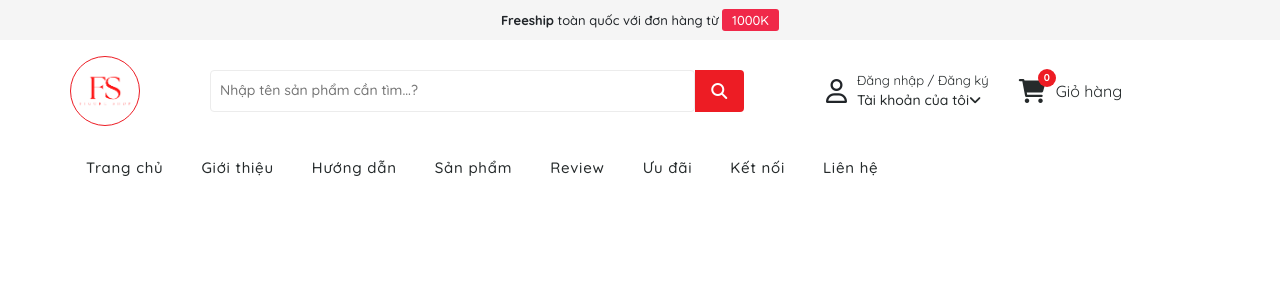
Repository: hayashi13597/ES6_ASM
Page: ASM1/index.html
The author's editor kept a copy of each file at every save. The page is drawn from the files as they stood at one save, then again after the next save.
The browser window is 1280 px wide. The pictures show the whole page.
The style sheet was rebuilt from its Sass, Less or Tailwind sources for each picture, by a compiler version that may differ from the author's.

Above is the page before, as saved 2023-01-11 16:25:06.

### ASM1/index.html
<!DOCTYPE html>
<html lang="en">
  <head>
    <meta charset="UTF-8" />
    <meta http-equiv="X-UA-Compatible" content="IE=edge" />
    <meta name="viewport" content="width=device-width, initial-scale=1.0" />
    <title>Figure Shop</title>
    <!-- Link Boostrap -->
    <link
      rel="stylesheet"
      href="https://cdn.jsdelivr.net/npm/bootstrap@5.3.0-alpha1/dist/css/bootstrap.min.css"
    />
    <script src="https://cdn.jsdelivr.net/npm/bootstrap@5.3.0-alpha1/dist/js/bootstrap.min.js"></script>
    <!-- Link css -->
    <link rel="stylesheet" href="css/index.css" />
    <!-- Link Icon -->
    <link
      rel="stylesheet"
      href="https://cdnjs.cloudflare.com/ajax/libs/font-awesome/6.2.1/css/all.min.css"
      integrity="sha512-MV7K8+y+gLIBoVD59lQIYicR65iaqukzvf/nwasF0nqhPay5w/9lJmVM2hMDcnK1OnMGCdVK+iQrJ7lzPJQd1w=="
      crossorigin="anonymous"
      referrerpolicy="no-referrer"
    />
    <!-- Link Font -->
    <link rel="preconnect" href="https://fonts.googleapis.com" />
    <link rel="preconnect" href="https://fonts.gstatic.com" crossorigin />
    <link
      href="https://fonts.googleapis.com/css2?family=Quicksand:wght@400;500;600;700&display=swap"
      rel="stylesheet"
    />
  </head>
  <body>
    <header class="header">
      <div class="header-topbar">
        <p class="text-center">
          <strong>Freeship</strong> toàn quốc với đơn hàng từ
          <span class="topbar-number">1000K</span>
        </p>
      </div>
      <div class="container">
        <div class="row header-middle">
          <div class="navbar d-lg-none d-block col-lg-0 col-2">
            <i class="fa-solid fa-magnifying-glass"></i>
          </div>
          <a href="index.html" class="col-lg-1 col-7 header-middle--logo"
            ><img src="img/jewelry.png" alt=""
          /></a>
          <div class="col-lg-7 col-12 header-middle--search">
            <input type="text" placeholder="Nhập tên sản phẩm cần tìm...?" />
            <button><i class="fa-solid fa-magnifying-glass"></i></button>
          </div>
          <div class="col-4 header-middle--right">
            <div class="user">
              <div class="user-icon">
                <i class="fa-regular fa-user"></i>
              </div>
              <div class="user-text d-lg-block d-none">
                <div class="user-text--up">
                  <a>Đăng nhập</a> /
                  <a>Đăng ký</a>
                </div>
                <div class="user-text--down">
                  <a>Tài khoản của tôi<i class="fa-solid fa-angle-down"></i></a>
                </div>
              </div>
            </div>
            <a class="header-cart" href="">
              <i class="fa-solid fa-cart-shopping"
                ><span class="header-cart--number">0</span></i
              >
              <p class="header-cart--p d-lg-block d-none">Giỏ hàng</p>
            </a>
          </div>
        </div>
      </div>
      <nav class="container header-nav">
        <ul>
          <li><a href="#">Trang chủ</a></li>
          <li><a href="#">Giới thiệu</a></li>
          <li><a href="#">Hướng dẫn</a></li>
          <li><a href="#">Sản phẩm</a></li>
          <li><a href="#">Review</a></li>
          <li><a href="#">Ưu đãi</a></li>
          <li><a href="#">Kết nối</a></li>
          <li><a href="#">Liên hệ</a></li>
        </ul>
      </nav>
    </header>
  </body>
</html>

### ASM1/sass/index.scss
:root {
  --bg-topbar: #f5f5f5;
  --shop-color-main: #ed1c24;
  --shop-color-text: #252a2b;
  --shop-color-title: #000000;
  --shop-color-hover: #ed1c24;
  --shop-color-button: #000000;
  --shop-color-border: #e7e7e7;
  --footer-color-title: #ffffff;
  --footer-color-text: #999999;
  --footer-color-bg: #1a1a1a;
}

* {
  padding: 0;
  margin: 0;
  box-sizing: border-box;
  font-family: "Quicksand", sans-serif;
}

// Header
.header {
  width: 100%;
  // header-topbar
  &-topbar {
    height: 40px;
    line-height: 40px;
    background-color: var(--bg-topbar);
    p {
      font-size: 13px;
      font-weight: 500;
      .topbar-number {
        font-weight: 500;
        padding: 3px 10px;
        border-radius: 3px;
        background-color: #f02849;
        color: #ffffff;
      }
    }
  }
  // Header-middle
  &-middle {
    width: 100%;
    padding-block: 16px;
    display: flex;
    align-items: center;
    justify-content: space-between;
    &--logo {
      width: 70px;
      padding: 5px;
      border-radius: 50%;
      border: 1px solid var(--shop-color-main);
      img {
        width: 100%;
        height: 100%;
        object-fit: cover;
      }
    }
    &--search {
      width: 50%;
      display: flex;
      input {
        padding: 9px 50px 10px 9px;
        width: 100%;
        background-color: #ffffff;
        border: 1px solid #ececec;
        border-radius: 4px;
        font-size: 14px;
        font-weight: 500;
        transition: all 0.15s linear;
        &:focus {
          background: #ffffff;
          outline: none;
          border-color: var(--shop-color-main);
        }
      }
      button {
        border: none;
        border-radius: 0 4px 4px 0;
        width: 55px;
        color: #ffffff;
        background-color: var(--shop-color-main);
      }
    }
    &--right {
      display: flex;
      gap: 30px;
      .user {
        display: flex;
        align-items: center;
        gap: 10px;
        cursor: pointer;
        &-icon {
          font-size: 1.5rem;
        }
        &-text {
          a {
            text-decoration: none;
            color: var(--shop-color-text);
          }
          &--up {
            font-size: 13px;
          }
          &--down {
            font-size: 14px;
            font-weight: 500;
          }
        }
      }
      .header-cart {
        display: flex;
        align-items: center;
        gap: 10px;
        text-decoration: none;
        color: var(--shop-color-text);
        i {
          font-size: 1.5rem;
          position: relative;
        }
        &--p {
          margin-bottom: 0;
        }
        &--number {
          width: 18px;
          height: 18px;
          display: flex;
          justify-content: center;
          align-items: center;
          position: absolute;
          top: -10px;
          right: -10px;
          font-size: 10px;
          color: #ffffff;
          background: var(--shop-color-main);
          border-radius: 50%;
        }
      }
    }
  }
  // Header-nav
  &-nav {
    ul {
      list-style: none;
      display: flex;
      align-items: center;
      padding-left: 0;
      gap: 30px;
      li {
        a {
          text-decoration: none;
          color: var(--shop-color-text);
          font-size: 15px;
          padding: 15px 4px;
          letter-spacing: 0.75px;
          font-weight: 500;
          position: relative;
          display: flex;
          justify-content: center;
          &:before {
            content: "";
            position: absolute;
            bottom: 0;
            transform: scaleX(0);
            transform-origin: right;
            width: 100%;
            height: 2px;
            background: var(--shop-color-text);
            transition: transform 0.5s ease;
          }
          &:hover {
            &::before {
              transform: scaleX(1);
              transform-origin: left;
            }
          }
        }
      }
    }
  }
}

After the next save:
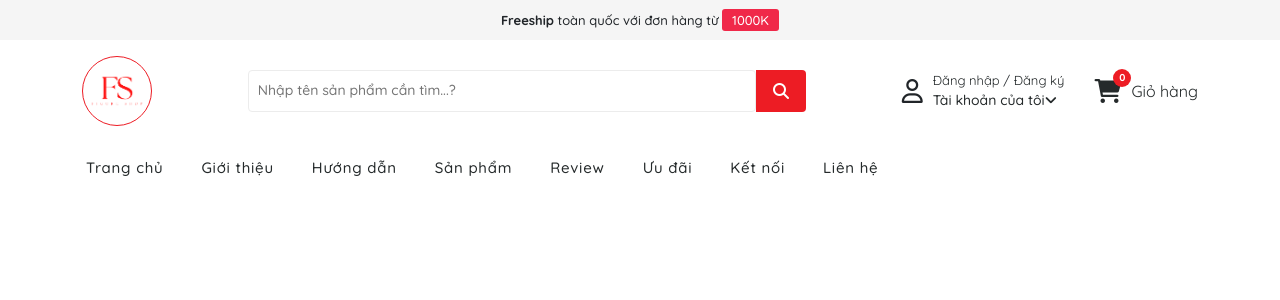
Saved 1 s later.
--- a/ASM1/index.html
+++ b/ASM1/index.html
@@ -37,40 +37,35 @@
           <span class="topbar-number">1000K</span>
         </p>
       </div>
-      <div class="container">
-        <div class="row header-middle">
-          <div class="navbar d-lg-none d-block col-lg-0 col-2">
-            <i class="fa-solid fa-magnifying-glass"></i>
-          </div>
-          <a href="index.html" class="col-lg-1 col-7 header-middle--logo"
-            ><img src="img/jewelry.png" alt=""
-          /></a>
-          <div class="col-lg-7 col-12 header-middle--search">
-            <input type="text" placeholder="Nhập tên sản phẩm cần tìm...?" />
-            <button><i class="fa-solid fa-magnifying-glass"></i></button>
-          </div>
-          <div class="col-4 header-middle--right">
-            <div class="user">
-              <div class="user-icon">
-                <i class="fa-regular fa-user"></i>
+      <div class="container header-middle">
+        <a href="index.html" class="header-middle--logo"
+          ><img src="img/jewelry.png" alt=""
+        /></a>
+        <div class="header-middle--search">
+          <input type="text" placeholder="Nhập tên sản phẩm cần tìm...?" />
+          <button><i class="fa-solid fa-magnifying-glass"></i></button>
+        </div>
+        <div class="header-middle--right">
+          <div class="user">
+            <div class="user-icon">
+              <i class="fa-regular fa-user"></i>
+            </div>
+            <div class="user-text">
+              <div class="user-text--up">
+                <a>Đăng nhập</a> /
+                <a>Đăng ký</a>
               </div>
-              <div class="user-text d-lg-block d-none">
-                <div class="user-text--up">
-                  <a>Đăng nhập</a> /
-                  <a>Đăng ký</a>
-                </div>
-                <div class="user-text--down">
-                  <a>Tài khoản của tôi<i class="fa-solid fa-angle-down"></i></a>
-                </div>
+              <div class="user-text--down">
+                <a>Tài khoản của tôi<i class="fa-solid fa-angle-down"></i></a>
               </div>
             </div>
-            <a class="header-cart" href="">
-              <i class="fa-solid fa-cart-shopping"
-                ><span class="header-cart--number">0</span></i
-              >
-              <p class="header-cart--p d-lg-block d-none">Giỏ hàng</p>
-            </a>
           </div>
+          <a class="header-cart" href="">
+            <i class="fa-solid fa-cart-shopping"
+              ><span class="header-cart--number">0</span></i
+            >
+            <p class="header-cart--p">Giỏ hàng</p>
+          </a>
         </div>
       </div>
       <nav class="container header-nav">
